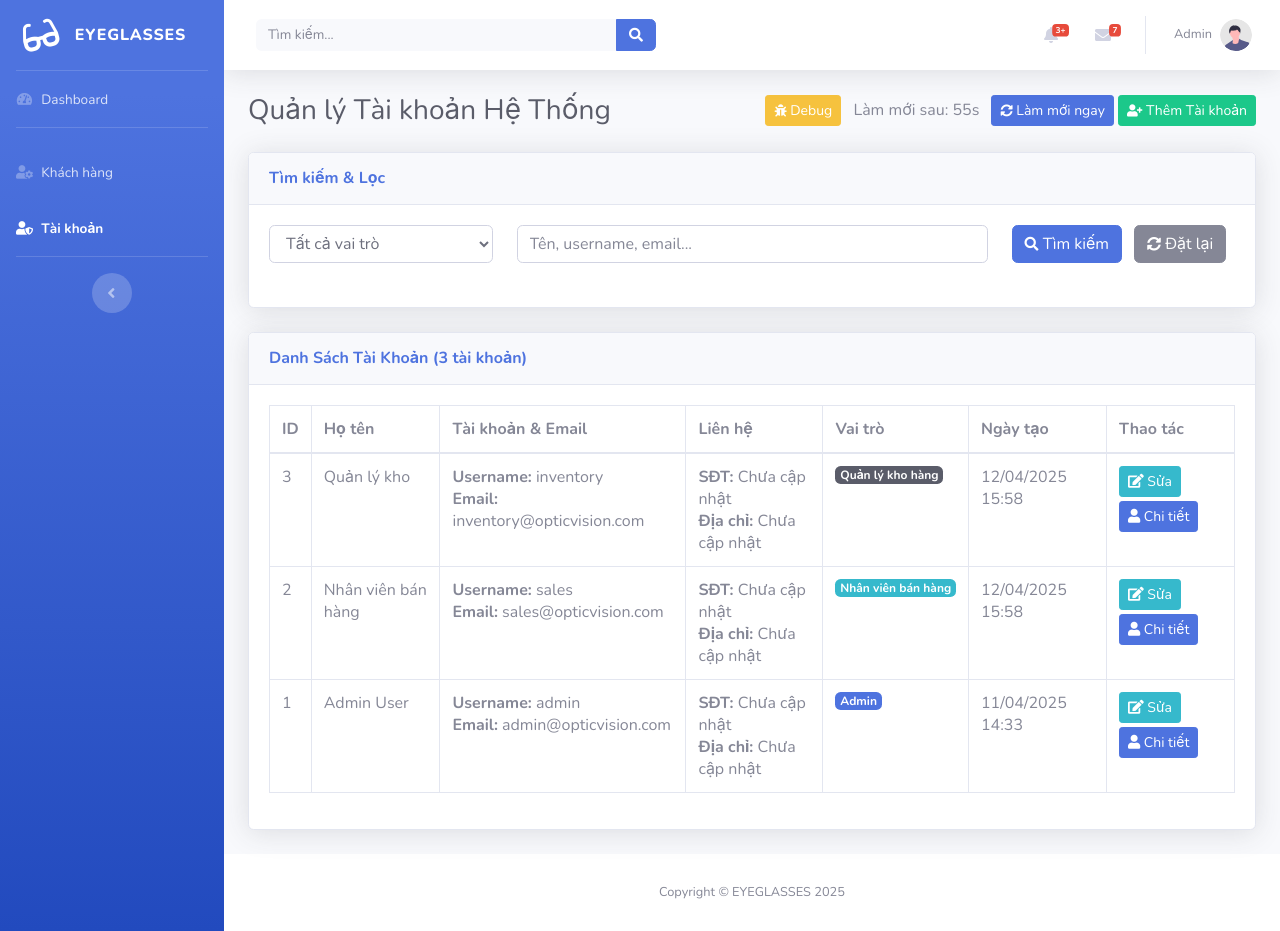
Repository: Giau-svg/glasses-store
Page: http://localhost/admin/accounts/index.php
The author's editor kept a copy of each file at every save. The page is drawn from the files as they stood at one save, then again after the next save.
The browser window is 1280 px wide. The pictures show the whole page.
The page is run by PHP 8.4 with error messages shown; the project is at /var/www/html/. The session is filled in as if someone had signed in: {"staff_user_id": 1, "staff_name": "admin", "staff_role": 1, "customer_id": 1, "customer_name": "admin", "admin_user_id": 1, "admin_name": "admin", "admin_full_name": "admin", "admin_role": "admin", "admin_level": 1}. The database holds what the project's SQL file puts in it.

Above is the page before, as saved 2025-05-08 15:50:39.

After the next save:
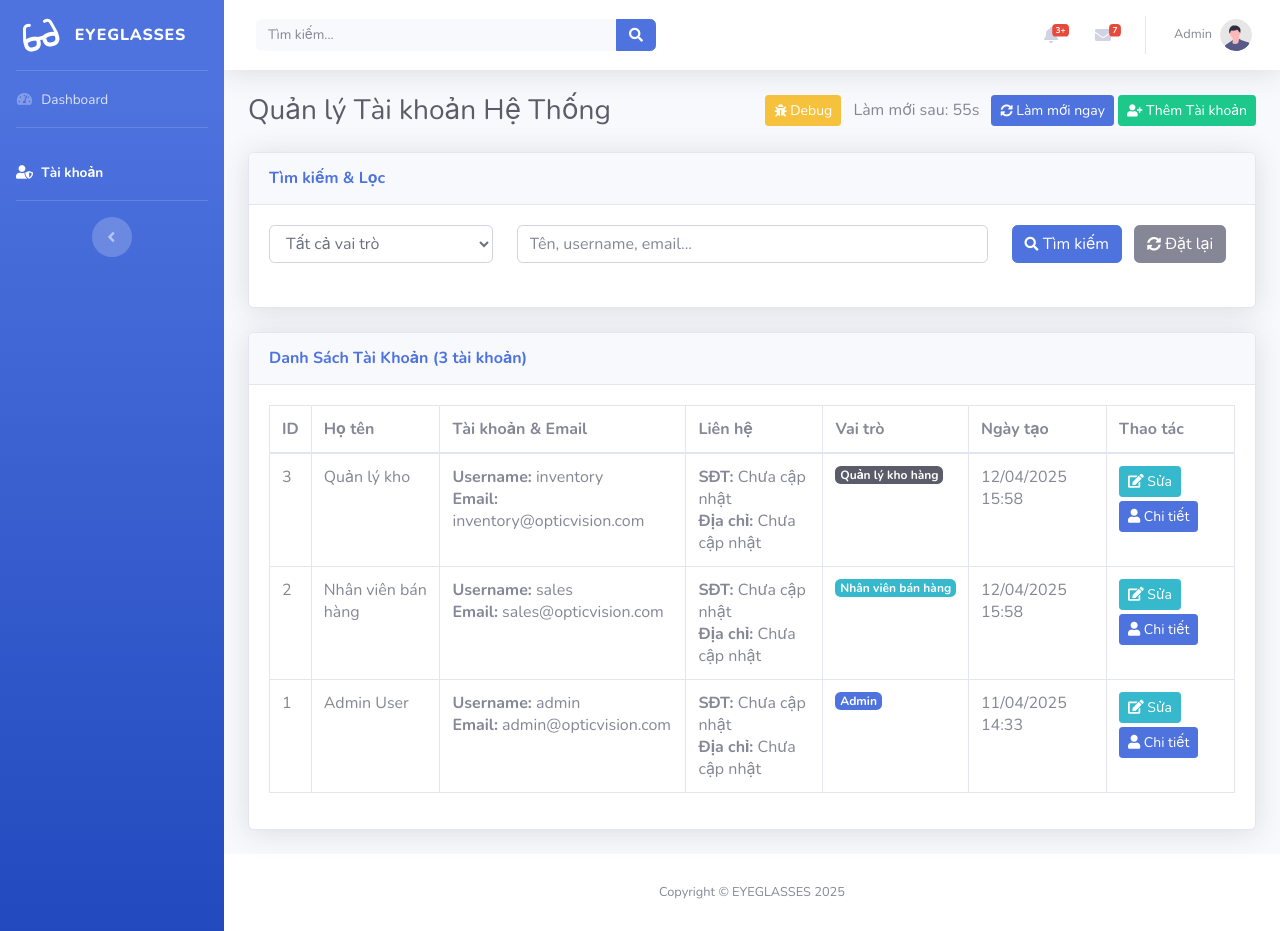
Saved 17 s later.
--- a/admin/partials/sidebar.php
+++ b/admin/partials/sidebar.php
@@ -38,16 +38,8 @@
     <!-- Divider -->
     <hr class="sidebar-divider">
 
-    <!-- Nav Item - Users -->
-    <li class="nav-item <?php echo $is_users ? 'active' : ''; ?>">
-        <a class="nav-link" href="../users/index.php">
-            <i class="fas fa-fw fa-user-cog"></i>
-            <span>Khách hàng</span>
-        </a>
-    </li>
-
-    <!-- Nav Item - Accounts -->
-    <li class="nav-item <?php echo $is_accounts ? 'active' : ''; ?>">
+    <!-- Nav Item - Accounts (Gộp tất cả tài khoản) -->
+    <li class="nav-item <?php echo ($is_accounts || $is_users) ? 'active' : ''; ?>">
         <a class="nav-link" href="../accounts/index.php">
             <i class="fas fa-fw fa-user-shield"></i>
             <span>Tài khoản</span>
